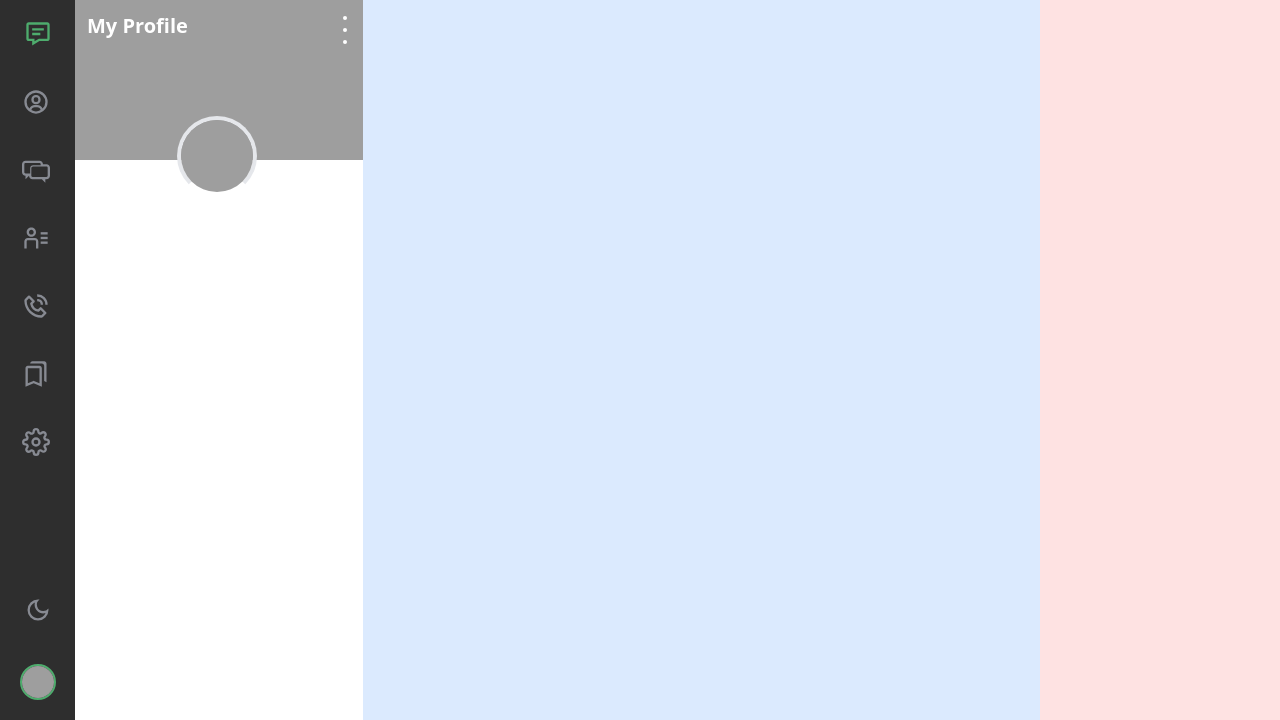
Repository: satya-ranjon/Chat-app
Page: /
An editor plug-in stored every save of this project. The page is shown before and after the next save, followed by the edit.
The browser window is 1280 px wide. The pictures show the whole page.
Pictures or frames that could not be fetched are drawn as grey boxes. The project was rebuilt for these pictures with package versions that can differ from the ones it lists, and the page was loaded fresh each time.

Above is the page before, as saved 2022-03-31 03:45:28.

After the next save:
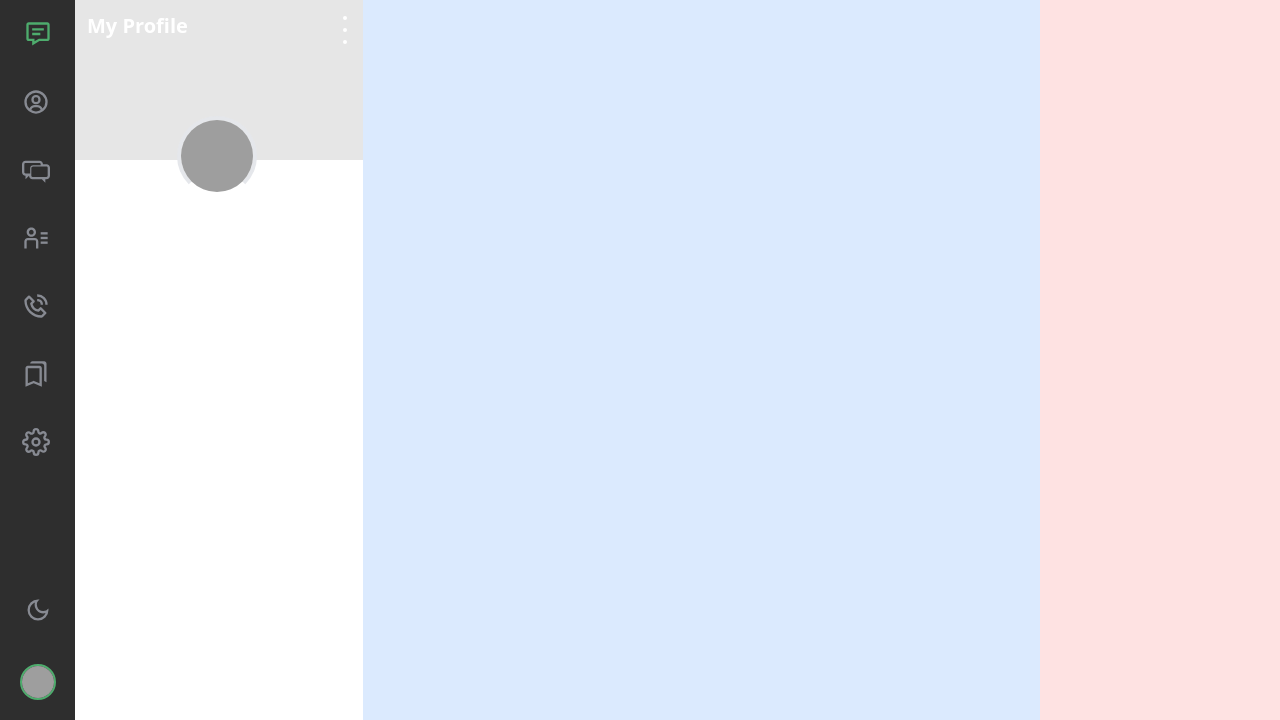
Saved 36 s later.
--- a/src/components/MyProfile/MyProfile.jsx
+++ b/src/components/MyProfile/MyProfile.jsx
@@ -7,7 +7,7 @@
   return (
     <div className="sm:w-72 h-screen w-40 ">
       <div className="relative">
-        <img src={Image} alt={Image} className="w-full h-40  " />
+        <img src={Image} alt={Image} className="w-full h-40 opacity-25 " />
         <UserImage className="w-16 h-16 sm:w-20 sm:h-20 rounded-full absolute sm:-bottom-9  -bottom-7 sm:right-[6.6rem]  right-12  border-4 border-b-white" />
         <p className=" absolute top-0 left-0 p-3 text-white font-semibold text-xl">
           My Profile

After the save that followed:
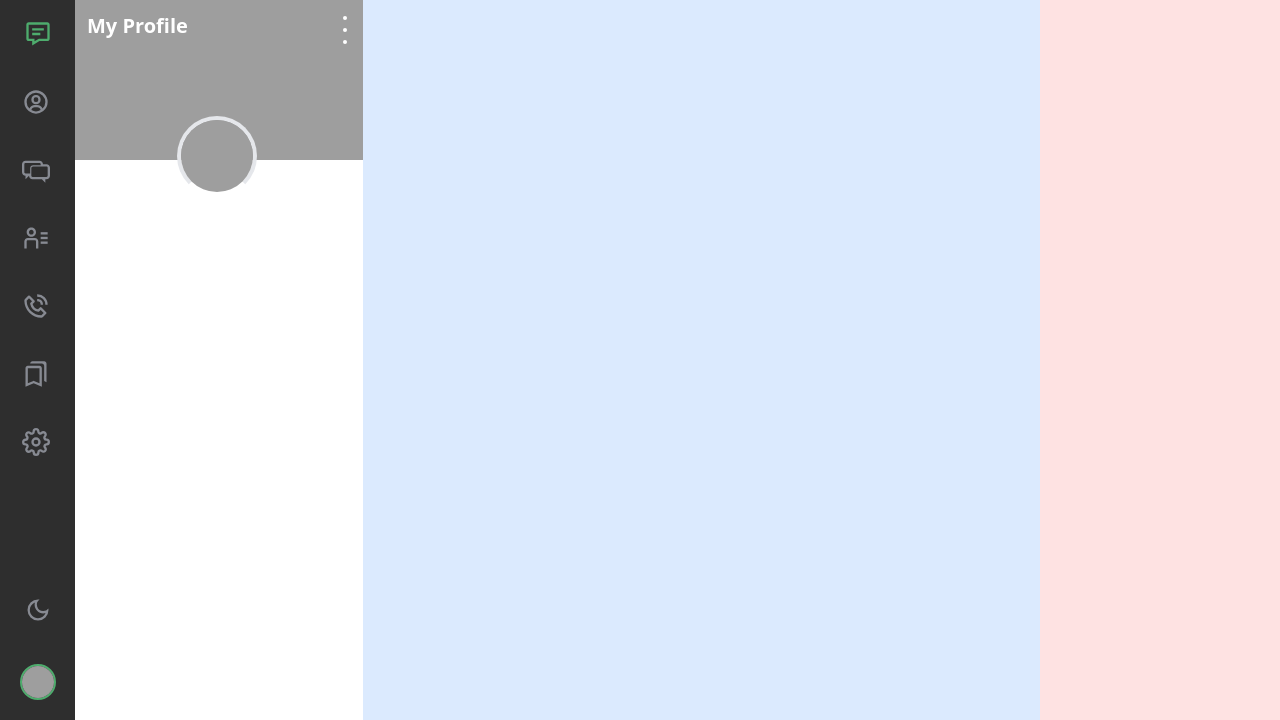
Saved 33 s later.
--- a/src/components/MyProfile/MyProfile.jsx
+++ b/src/components/MyProfile/MyProfile.jsx
@@ -7,7 +7,7 @@
   return (
     <div className="sm:w-72 h-screen w-40 ">
       <div className="relative">
-        <img src={Image} alt={Image} className="w-full h-40 opacity-25 " />
+        <img src={Image} alt={Image} className="w-full h-40" />
         <UserImage className="w-16 h-16 sm:w-20 sm:h-20 rounded-full absolute sm:-bottom-9  -bottom-7 sm:right-[6.6rem]  right-12  border-4 border-b-white" />
         <p className=" absolute top-0 left-0 p-3 text-white font-semibold text-xl">
           My Profile
